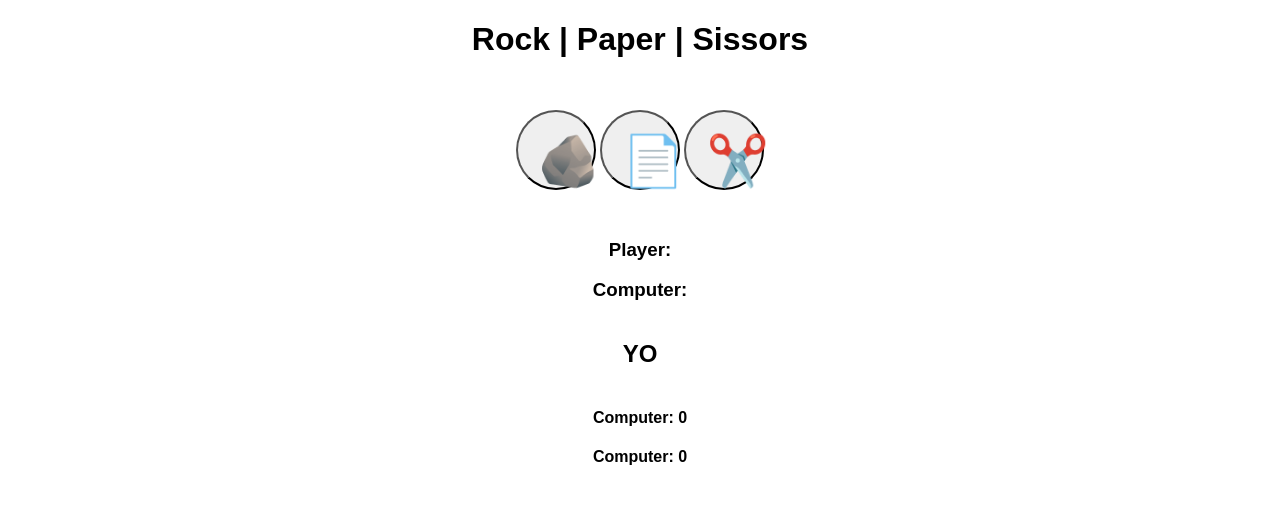
Repository: SakthivelDurai47/Rock-Paper-Sissors
Page: index.html
The author's editor kept a copy of each file at every save. The page is drawn from the files as they stood at one save, then again after the next save.
The browser window is 1280 px wide. The pictures show the whole page.

Above is the page before, as saved 2025-04-14 22:11:00.

### index.html
<!DOCTYPE html>
<html lang="en">
  <head>
    <meta charset="UTF-8" />
    <meta name="viewport" content="width=device-width, initial-scale=1.0" />
    <title>Rock, Paper, Scissor</title>
    <meta name="aurthor" content="Sakthivel Durai S" />
    <link rel="stylesheet" href="styles.css" />
  </head>
  <body>
    <h1>Rock | Paper | Sissors</h1>
    <div id="choice">
      <button onclick="playGame('Rock')">🪨</button>
      <button onclick="playGame('Paper')">📄</button>
      <button onclick="playGame('Scissor')">✂️</button>
    </div>
    <div id="info">
      <h3>Player:</h3>
      <h3>Computer:</h3>
    </div>
    <h2 id="result">YO</h2>
    <div id="scores">
      <h4>Computer: <span id="scorePlr">0</span></h4>
      <h4>Computer: <span id="scoreCum">0</span></h4>
    </div>
    <script src="index.js"></script>
  </body>
</html>

### styles.css
body {
  margin: 0;
  font-family: Arial, sans-serif;
  display: flex;
  flex-direction: column;
  align-items: center;
  text-align: center;
}
#choice {
  margin: 30px;
}
button {
  width: 80px;
  height: 80px;
  border-radius: 300px;
  font-size: 50px;
  padding: 20px;
}

Loaded but not shown: index.js (no copy from this time; the picture is the same without it)

After the next save:
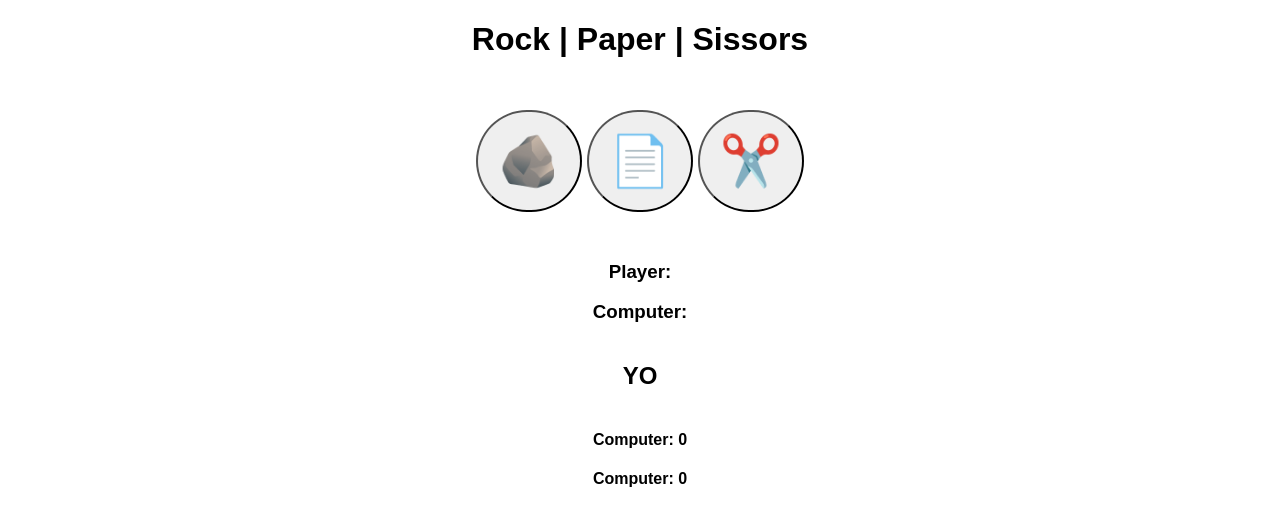
Saved 7 s later.
--- a/styles.css
+++ b/styles.css
@@ -10,8 +10,6 @@ body {
   margin: 30px;
 }
 button {
-  width: 80px;
-  height: 80px;
   border-radius: 300px;
   font-size: 50px;
   padding: 20px;
